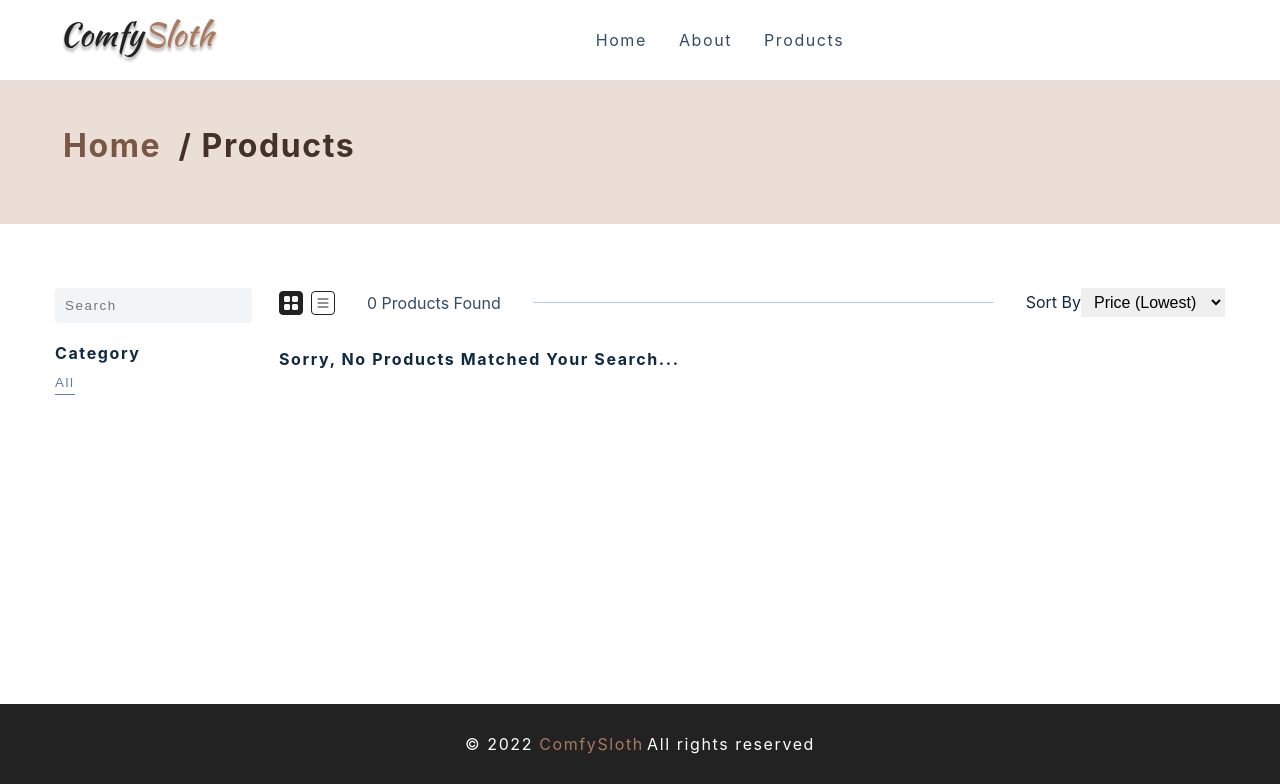
Repository: MateuszWorek/react-comfy-store
Page: /products
The author's editor kept a copy of each file at every save. The page is drawn from the files as they stood at one save, then again after the next save.
The browser window is 1280 px wide. The pictures show the whole page.
The page's requests for data from a server got no answer. The project was rebuilt for these pictures with package versions that can differ from the ones it lists, and the page was loaded fresh each time. A package was used in the major version that the imports need, not the one package.json lists. No one was signed in, and anything a server would have sent is missing. Also part of the build but not shown: src/components/Error.js, src/components/Loading.js, src/components/Product.js, src/components/FeaturedProducts.js, src/reducers/cart_reducer.js, src/context/cart_context.js, src/context/user_context.js, src/components/Hero.js and 19 more. Imported but missing from the stored project, and not drawn on this page: src/components/AmountButtons.

Above is the page before, as saved 2022-07-17 21:27:43.

After the next save:
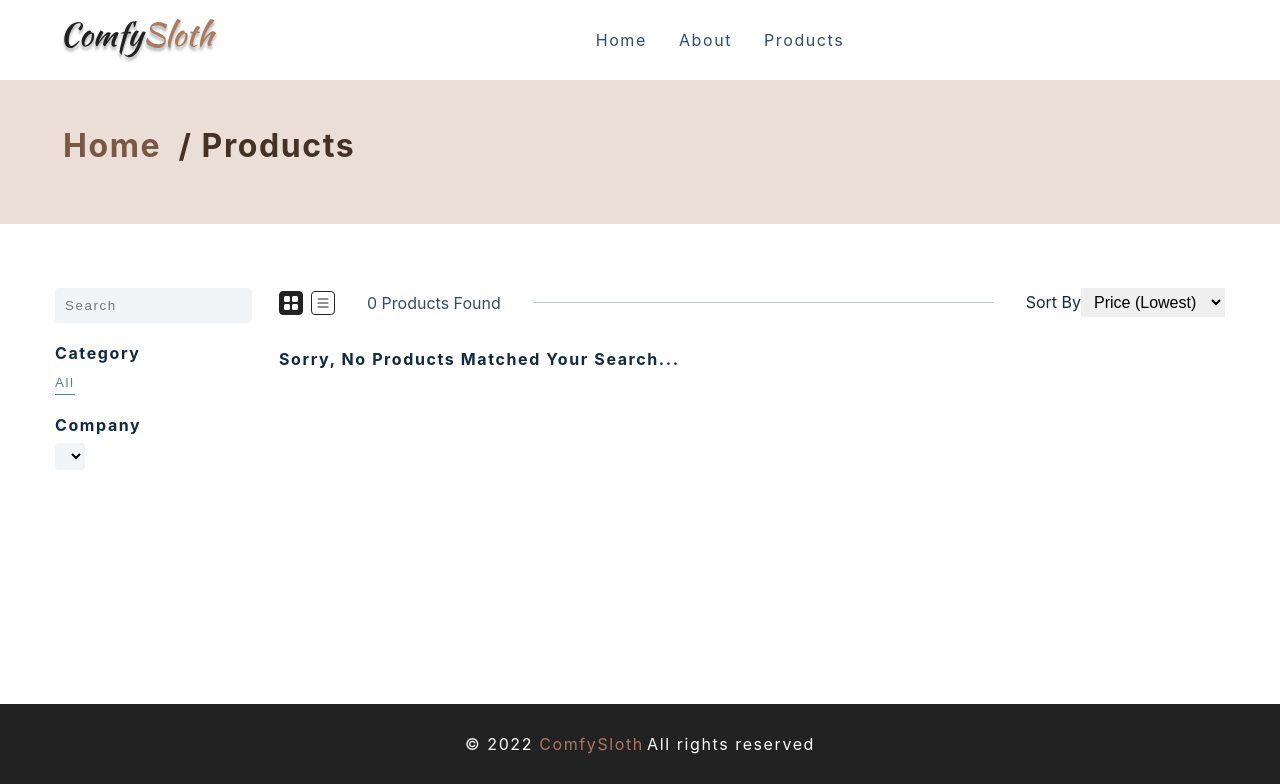
Saved 17 min 35 s later.
--- a/src/components/Filters.js
+++ b/src/components/Filters.js
@@ -57,6 +57,19 @@ const Filters = () => {
             </div>
           </div>
           {/* end of categories */}
+          {/* companies */}
+          <div className='form-control'>
+            <h5>company</h5>
+            <select
+              name='company'
+              value={company}
+              onChange={updateFilters}
+              className='company'
+            >
+              {}
+            </select>
+          </div>
+          {/* end of companies */}
         </form>
       </div>
     </Wrapper>
